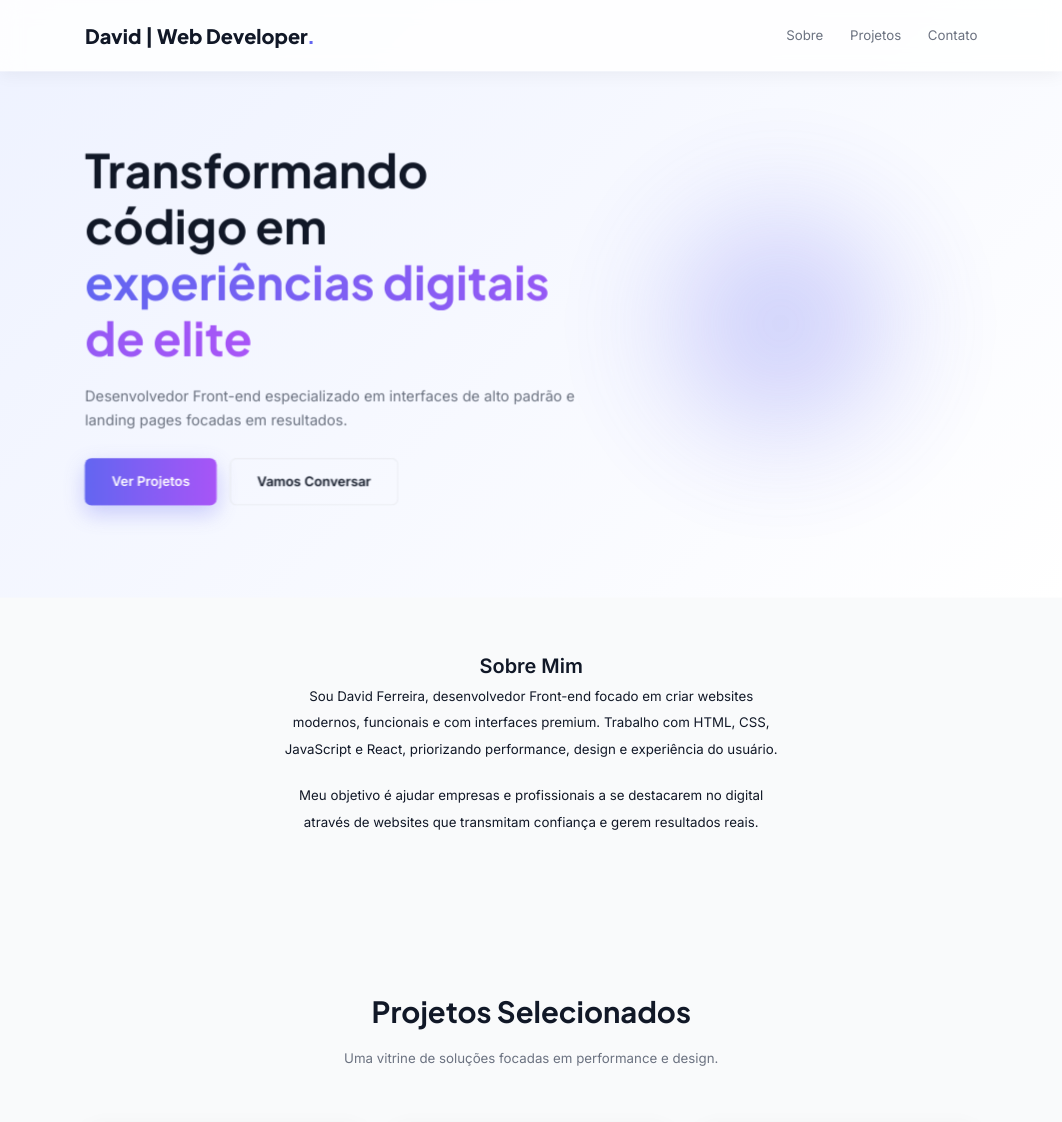
Repository: davidfsillva/David_Ferreira
Page: index.html
The author's editor kept a copy of each file at every save. The page is drawn from the files as they stood at one save, then again after the next save.
The browser window is 1280 px wide. The pictures show the part of the page from y = 0 to 1352 px (the page is 2678 px tall before and 3238 px after), at 83% of full size.
Pictures or frames that could not be fetched are drawn as grey boxes.

Above is the page before, as saved 2026-02-11 11:58:08.
Console error: TypeError: Cannot read properties of null (reading 'addEventListener')

### index.html
<!DOCTYPE html>
<html lang="pt-BR">
<head>
    <meta charset="UTF-8">
    <meta name="viewport" content="width=device-width, initial-scale=1.0">

    <title>David Ferreira | Desenvolvedor Front-end & UI Designer Premium</title>

    <!-- SEO Primário -->
    <meta name="description" content="David Ferreira é desenvolvedor front-end especializado em interfaces premium, landing pages de alta conversão e experiências digitais modernas.">
    <meta name="keywords" content="Desenvolvedor Front-end, Web Designer, UI Designer, Landing Page, Desenvolvimento Web, Freelancer Brasil">
    <meta name="author" content="David Ferreira">
    <meta name="robots" content="index, follow">
    <link rel="canonical" href="https://seudominio.com/">

    <!-- Open Graph (Facebook, LinkedIn) -->
    <meta property="og:title" content="David Ferreira | Desenvolvedor Front-end Premium">
    <meta property="og:description" content="Interfaces digitais de alto padrão, focadas em performance e conversão.">
    <meta property="og:image" content="https://seudominio.com/preview.jpg">
    <meta property="og:url" content="https://seudominio.com/">
    <meta property="og:type" content="website">

    <!-- Twitter Card -->
    <meta name="twitter:card" content="summary_large_image">
    <meta name="twitter:title" content="David Ferreira | Web Developer">
    <meta name="twitter:description" content="Desenvolvimento web premium focado em performance e design moderno.">
    <meta name="twitter:image" content="https://seudominio.com/preview.jpg">

    <!-- Favicon -->
    <link rel="icon" href="favicon.ico" type="image/x-icon">

    <!-- Fonts -->
    <link href="https://fonts.googleapis.com/css2?family=Inter:wght@300;400;600&family=Plus+Jakarta+Sans:wght@700;800&display=swap" rel="stylesheet">

    <link rel="stylesheet" href="style.css">
</head>


<body>

    <!-- NAVBAR -->
    <nav class="navbar">
        <div class="logo">David | Web Developer<span>.</span></div>
        <ul class="nav-links">
            <li><a href="#about">Sobre</a></li>
            <li><a href="#portfolio">Projetos</a></li>
            <li><a href="#contact" class="btn-sm">Contato</a></li>
        </ul>
    </nav>

    <!-- HERO -->
    <section class="hero">
        <div class="hero-content">
            <h1>Transformando código em <span>experiências digitais de elite</span></h1>
            <p>Desenvolvedor Front-end especializado em interfaces de alto padrão e landing pages focadas em resultados.</p>
            <div class="hero-btns">
                <a href="#portfolio" class="btn-primary">Ver Projetos</a>
                <a href="#contact" class="btn-secondary">Vamos Conversar</a>
            </div>
        </div>
        <div class="hero-visual">
            <div class="hero-glow"></div>
        </div>
    </section>

    <!-- SOBRE -->
    <section id="about" class="section">
        <h2>Sobre Mim</h2>
        <p>Sou David Ferreira, desenvolvedor Front-end focado em criar websites modernos, funcionais e com interfaces premium. Trabalho com HTML, CSS, JavaScript e React, priorizando performance, design e experiência do usuário.</p>
        <p>Meu objetivo é ajudar empresas e profissionais a se destacarem no digital através de websites que transmitam confiança e gerem resultados reais.</p>
    </section>

    <!-- PORTFÓLIO -->
    <section id="portfolio" class="portfolio">
        <div class="section-header">
            <h2>Projetos Selecionados</h2>
            <p>Uma vitrine de soluções focadas em performance e design.</p>
        </div>
        <div class="portfolio-grid">
            <!-- Projeto 1 -->
            <a href="https://davidfsillva.github.io/Alex-Carter/" target="_blank" class="project-link">
                <div class="project-card">
                    <div class="card-image">
                        <img src="img/alex.png" alt="Projeto Alex Carter">
                        <div class="card-overlay"><span>Ver Detalhes</span></div>
                    </div>
                    <div class="card-info">
                        <h3>Alex Carter | Landing Page</h3>
                        <p>Website de personal branding para atleta profissional.</p>
                    </div>
                </div>
            </a>

            <!-- Projeto 2 -->
            <a href="https://davidfsillva.github.io/e-hammershark/" target="_blank" class="project-link">
                <div class="project-card">
                    <div class="card-image">
                        <img src="img/ecomerce.png" alt="Projeto Hammershark">
                        <div class="card-overlay"><span>Ver Detalhes</span></div>
                    </div>
                    <div class="card-info">
                        <h3>Hammershark | E-commerce</h3>
                        <p>E-commerce de moda fitness, focado em branding e experiência de compra.</p>
                    </div>
                </div>
            </a>

            <!-- Projeto 3 -->
            <a href="https://davidfsillva.github.io/landing-page/" target="_blank" class="project-link">
                <div class="project-card">
                    <div class="card-image">
                        <img src="img/landingpage.png" alt="Projeto Landing Page">
                        <div class="card-overlay"><span>Ver Detalhes</span></div>
                    </div>
                    <div class="card-info">
                        <h3>Lucas Andrade | Landing Page</h3>
                        <p>Landing page estratégica para geração de leads e conversão.</p>
                    </div>
                </div>
            </a>

            <!-- Projeto 4 -->
            <a href="https://davidfsillva.github.io/beatriz-almeida-adv/" target="_blank" class="project-link">
                <div class="project-card">
                    <div class="card-image">
                        <img src="img/adv.png" alt="Projeto Beatriz Almeida Advogados">
                        <div class="card-overlay"><span>Ver Detalhes</span></div>
                    </div>
                    <div class="card-info">
                        <h3>Beatriz Almeida Advogados | Website Institucional</h3>
                        <p>Website institucional transmitindo autoridade e confiança.</p>
                    </div>
                </div>
            </a>
        </div>
    </section>

    <!-- CTA / CONTATO -->
    <section id="contact" class="cta-section">
        <h2>Pronto para elevar seu nível digital?</h2>
        <p>Vamos transformar sua ideia em uma interface de classe mundial.</p>
        <a href="https://wa.me/5599999999999" target="_blank" class="btn-whatsapp">Iniciar Conversa no WhatsApp</a>
    </section>

    <!-- FOOTER -->
    <footer>
        <div class="footer-content">
            <p>&copy; 2026 David Ferreira. Todos os direitos reservados.</p>
            <div class="social-links">
                <a href="#" target="_blank">Instagram</a>
                <a href="#" target="_blank">LinkedIn</a>
                <a href="#" target="_blank">GitHub</a>
            </div>
        </div>
    </footer>

    <script src="scripts.js"></script>
</body>
</html>
</html>

### style.css
:root {
  --primary: #6366f1;
  --primary-light: #818cf8;
  --accent: #a855f7;
  --text-dark: #111827;
  --text-light: #6b7280;
  --bg-light: #f9fafb;
  --white: #ffffff;
  --transition: all 0.3s ease;
}

/* RESET */
* {
  margin: 0;
  padding: 0;
  box-sizing: border-box;
}

html {
  scroll-behavior: smooth;
}

body {
  font-family: 'Inter', sans-serif;
  background: var(--bg-light);
  color: var(--text-dark);
  line-height: 1.6;
  animation: fadePage 0.8s ease-in-out;
}

@keyframes fadePage {
  from { opacity: 0; transform: translateY(10px); }
  to { opacity: 1; transform: translateY(0); }
}

/* NAVBAR */
.navbar {
  position: fixed;
  width: 100%;
  top: 0;
  padding: 1.5rem 8%;
  display: flex;
  justify-content: space-between;
  align-items: center;
  background: rgba(255,255,255,0.85);
  backdrop-filter: blur(12px);
  box-shadow: 0 4px 20px rgba(0,0,0,0.05);
  z-index: 1000;
  transition: var(--transition);
}

.logo {
  font-family: 'Plus Jakarta Sans', sans-serif;
  font-weight: 800;
  font-size: 1.5rem;
}

.logo span {
  color: var(--primary);
}

.nav-links {
  display: flex;
  list-style: none;
  gap: 2rem;
}

.nav-links a {
  text-decoration: none;
  color: var(--text-light);
  font-weight: 500;
  transition: var(--transition);
}

.nav-links a:hover {
  color: var(--primary);
  transform: translateY(-2px);
}

/* HERO */
.hero {
  min-height: 100vh;
  padding: 120px 8% 60px;
  display: flex;
  align-items: center;
  justify-content: space-between;
  background: linear-gradient(135deg, #eef2ff, #ffffff);
  flex-wrap: wrap;
}

.hero-content {
  max-width: 600px;
  animation: heroFade 1s ease 0.2s both;
}

@keyframes heroFade {
  from { opacity: 0; transform: translateY(40px); }
  to { opacity: 1; transform: translateY(0); }
}

.badge {
  display: inline-block;
  padding: 0.5rem 1rem;
  background: rgba(99,102,241,0.1);
  color: var(--primary);
  border-radius: 20px;
  font-size: 0.8rem;
  font-weight: 600;
  margin-bottom: 1.5rem;
}

.hero h1 {
  font-family: 'Plus Jakarta Sans', sans-serif;
  font-size: clamp(2rem, 5vw, 3.5rem);
  line-height: 1.2;
  margin-bottom: 1.5rem;
}

.hero h1 span {
  background: linear-gradient(90deg, var(--primary), var(--accent));
  -webkit-background-clip: text;
  -webkit-text-fill-color: transparent;
}

.hero p {
  font-size: 1.1rem;
  color: var(--text-light);
  margin-bottom: 2rem;
}

/* BUTTONS */
.btn-primary,
.btn-secondary,
.btn-whatsapp {
  display: inline-block;
  padding: 0.9rem 2rem;
  border-radius: 8px;
  text-decoration: none;
  font-weight: 600;
  transition: all 0.3s ease;
  position: relative;
  overflow: hidden;
}

.btn-primary {
  background: linear-gradient(90deg, var(--primary), var(--accent));
  color: white;
  box-shadow: 0 10px 25px rgba(99,102,241,0.3);
}

.btn-primary:hover {
  transform: translateY(-4px) scale(1.03);
}

.btn-primary:active {
  transform: scale(0.96);
}

.btn-primary::after {
  content: "";
  position: absolute;
  width: 200%;
  height: 200%;
  background: radial-gradient(circle, rgba(255,255,255,0.4), transparent 60%);
  top: -50%;
  left: -50%;
  opacity: 0;
  transition: opacity 0.4s ease;
}

.btn-primary:hover::after {
  opacity: 1;
}

.btn-secondary {
  border: 1px solid #e5e7eb;
  color: var(--text-dark);
  margin-left: 1rem;
}

.btn-secondary:hover {
  background: #f3f4f6;
  transform: translateY(-4px);
}

.btn-secondary:active {
  transform: scale(0.96);
}

.btn-whatsapp {
  background: #25d366;
  color: white;
}

.btn-whatsapp:hover {
  transform: translateY(-4px) scale(1.03);
}

.btn-whatsapp:active {
  transform: scale(0.96);
}

.hero-btns {
  display: flex;
  flex-wrap: wrap;
}

#about {
  text-align: center;       /* centraliza o texto */
  max-width: 800px;         /* opcional: limita a largura para não ficar muito espalhado */
  margin: 0 auto;           /* centraliza horizontalmente a seção */
  padding: 4rem 8%;         /* mantém espaçamento vertical e horizontal */
}

#about p {
  margin-bottom: 1.5rem;   /* espaçamento entre parágrafos */
  line-height: 2;        /* deixa a leitura mais confortável */
}


/* HERO VISUAL */
.hero-visual {
  flex: 1;
  min-height: 400px;
  display: flex;
  justify-content: center;
  align-items: center;
}

.hero-glow {
  width: 350px;
  height: 350px;
  background: radial-gradient(circle, rgba(99,102,241,0.4), transparent 70%);
  border-radius: 50%;
  filter: blur(60px);
  animation: pulseGlow 4s infinite ease-in-out;
}

@keyframes pulseGlow {
  0% { transform: scale(1); opacity: 0.7; }
  50% { transform: scale(1.1); opacity: 1; }
  100% { transform: scale(1); opacity: 0.7; }
}

/* PORTFOLIO */
.portfolio {
  padding: 6rem 8%;
}

.section-header {
  text-align: center;
  margin-bottom: 4rem;
}

.section-header h2 {
  font-family: 'Plus Jakarta Sans', sans-serif;
  font-size: 2.2rem;
  margin-bottom: 1rem;
}

.section-header p {
  color: var(--text-light);
}

.portfolio-grid {
  display: grid;
  grid-template-columns: repeat(auto-fit, minmax(280px, 1fr));
  gap: 2rem;
}

.project-card {
  background: var(--white);
  border-radius: 16px;
  overflow: hidden;
  box-shadow: 0 10px 30px rgba(0,0,0,0.06);
  cursor: pointer;
  transition: transform 0.4s ease, box-shadow 0.4s ease;
  will-change: transform;
}

.project-card:hover {
  transform: translateY(-12px) scale(1.03);
  box-shadow: 0 25px 50px rgba(99,102,241,0.2);
}

.card-image {
  position: relative;
  overflow: hidden;
}

.card-image img {
  width: 100%;
  height: 220px;
  object-fit: cover;
  display: block;
  transition: transform 0.6s ease;
}

.project-card:hover .card-image img {
  transform: scale(1.08);
}

.card-overlay {
  position: absolute;
  inset: 0;
  background: rgba(99,102,241,0.8);
  display: flex;
  justify-content: center;
  align-items: center;
  color: white;
  font-weight: 600;
  opacity: 0;
  transition: opacity 0.4s ease;
}

.project-card:hover .card-overlay {
  opacity: 1;
}

.card-info {
  padding: 1.5rem;
}

.card-info h3 {
  margin-bottom: 0.5rem;
}

.card-info p {
  color: var(--text-light);
}

.project-link {
  text-decoration: none;
  color: inherit;
  display: block;
}


/* CTA */
.cta-section {
  padding: 5rem 8%;
  text-align: center;
  background: linear-gradient(135deg, #eef2ff, #ffffff);
}

/* FOOTER */
footer {
  padding: 2rem 8%;
  background: var(--white);
  border-top: 1px solid #e5e7eb;
}

.footer-content {
  display: flex;
  justify-content: space-between;
  flex-wrap: wrap;
  gap: 1rem;
}

.social-links a {
  text-decoration: none;
  margin-left: 1rem;
  color: var(--text-light);
  transition: var(--transition);
}

.social-links a:hover {
  color: var(--primary);
  transform: translateY(-2px);
}

.cta-section p {
  color: var(--text-light);
  margin-bottom: 2.5rem; /* aumenta espaço abaixo do texto */
}

.btn-whatsapp {
  display: inline-block;
  background: #25d366;
  color: white;
  padding: 1rem 2rem;
  border-radius: 8px;
  text-decoration: none;
  font-weight: 600;
  transition: var(--transition);
  margin-top: 0.5rem; /* pequeno respiro extra */
}


/* MODAL */
.modal-overlay {
  position: fixed;
  inset: 0;
  background: rgba(0,0,0,0.6);
  display: none;
  justify-content: center;
  align-items: center;
  padding: 2rem;
  z-index: 2000;
}

.modal-content {
  background: white;
  width: 100%;
  max-width: 900px;
  border-radius: 20px;
  overflow: hidden;
  animation: modalZoom 0.4s cubic-bezier(.23,1,.32,1);
  position: relative;
}

@keyframes modalZoom {
  from { opacity: 0; transform: scale(0.85) translateY(20px); }
  to { opacity: 1; transform: scale(1) translateY(0); }
}

.modal-body {
  display: grid;
  grid-template-columns: 1fr 1fr;
}

.modal-img {
  min-height: 300px;
  background-size: cover !important;
}

.modal-text {
  padding: 2rem;
}

.close-modal {
  position: absolute;
  top: 20px;
  right: 25px;
  background: none;
  border: none;
  font-size: 2rem;
  cursor: pointer;
  transition: transform 0.3s ease;
}

.close-modal:hover {
  transform: rotate(90deg);
}

/* RESPONSIVO */
@media (max-width: 900px) {
  .hero {
    flex-direction: column;
    text-align: center;
  }

  .hero-visual {
    margin-top: 3rem;
  }

  .modal-body {
    grid-template-columns: 1fr;
  }
}

@media (max-width: 600px) {
  .navbar {
    padding: 1rem 5%;
  }

  .nav-links {
    display: none;
  }

  .hero {
    padding: 100px 5% 60px;
  }

  .portfolio {
    padding: 4rem 5%;
  }

  .cta-section {
    padding: 4rem 5%;
  }

  footer {
    padding: 2rem 5%;
  }

  .footer-content {
    flex-direction: column;
    text-align: center;
  }

  .social-links a {
    margin: 0 0.5rem;
  }
}

### scripts.js
// =============================
// NAVBAR SCROLL EFFECT
// =============================
const navbar = document.querySelector(".navbar");

window.addEventListener("scroll", () => {
  if (window.scrollY > 50) {
    navbar.style.padding = "1rem 8%";
    navbar.style.boxShadow = "0 8px 25px rgba(0,0,0,0.08)";
  } else {
    navbar.style.padding = "1.5rem 8%";
    navbar.style.boxShadow = "0 4px 20px rgba(0,0,0,0.05)";
  }
});

// =============================
// MODAL FUNCTIONALITY
// =============================
const modal = document.querySelector(".modal-overlay");
const modalImg = document.querySelector(".modal-img");
const modalTitle = document.querySelector(".modal-text h3");
const modalDesc = document.querySelector(".modal-text p");
const closeModal = document.querySelector(".close-modal");

const projectCards = document.querySelectorAll(".project-card");

projectCards.forEach(card => {
  card.addEventListener("click", () => {
    const title = card.querySelector("h3").innerText;
    const desc = card.querySelector("p").innerText;
    const img = card.querySelector("img").src;

    modalTitle.innerText = title;
    modalDesc.innerText = desc;
    modalImg.style.backgroundImage = `url(${img})`;

    modal.style.display = "flex";
    document.body.style.overflow = "hidden";
  });
});

// Fechar modal
closeModal.addEventListener("click", () => {
  modal.style.display = "none";
  document.body.style.overflow = "auto";
});

// Fechar clicando fora
modal.addEventListener("click", (e) => {
  if (e.target === modal) {
    modal.style.display = "none";
    document.body.style.overflow = "auto";
  }
});

// Fechar com ESC
document.addEventListener("keydown", (e) => {
  if (e.key === "Escape") {
    modal.style.display = "none";
    document.body.style.overflow = "auto";
  }
});

// =============================
// SCROLL REVEAL ANIMATION
// =============================
const revealElements = document.querySelectorAll(
  ".hero-content, .project-card, .section-header, .cta-section"
);

const observer = new IntersectionObserver(
  (entries) => {
    entries.forEach(entry => {
      if (entry.isIntersecting) {
        entry.target.style.opacity = "1";
        entry.target.style.transform = "translateY(0)";
      }
    });
  },
  { threshold: 0.2 }
);

revealElements.forEach(el => {
  el.style.opacity = "0";
  el.style.transform = "translateY(40px)";
  el.style.transition = "all 0.8s ease";
  observer.observe(el);
});

// =============================
// BUTTON MICRO INTERACTION
// =============================
const buttons = document.querySelectorAll(".btn-primary, .btn-secondary, .btn-whatsapp");

buttons.forEach(btn => {
  btn.addEventListener("mouseenter", () => {
    btn.style.transform = "scale(1.05)";
  });

  btn.addEventListener("mouseleave", () => {
    btn.style.transform = "scale(1)";
  });
});

After the next save:
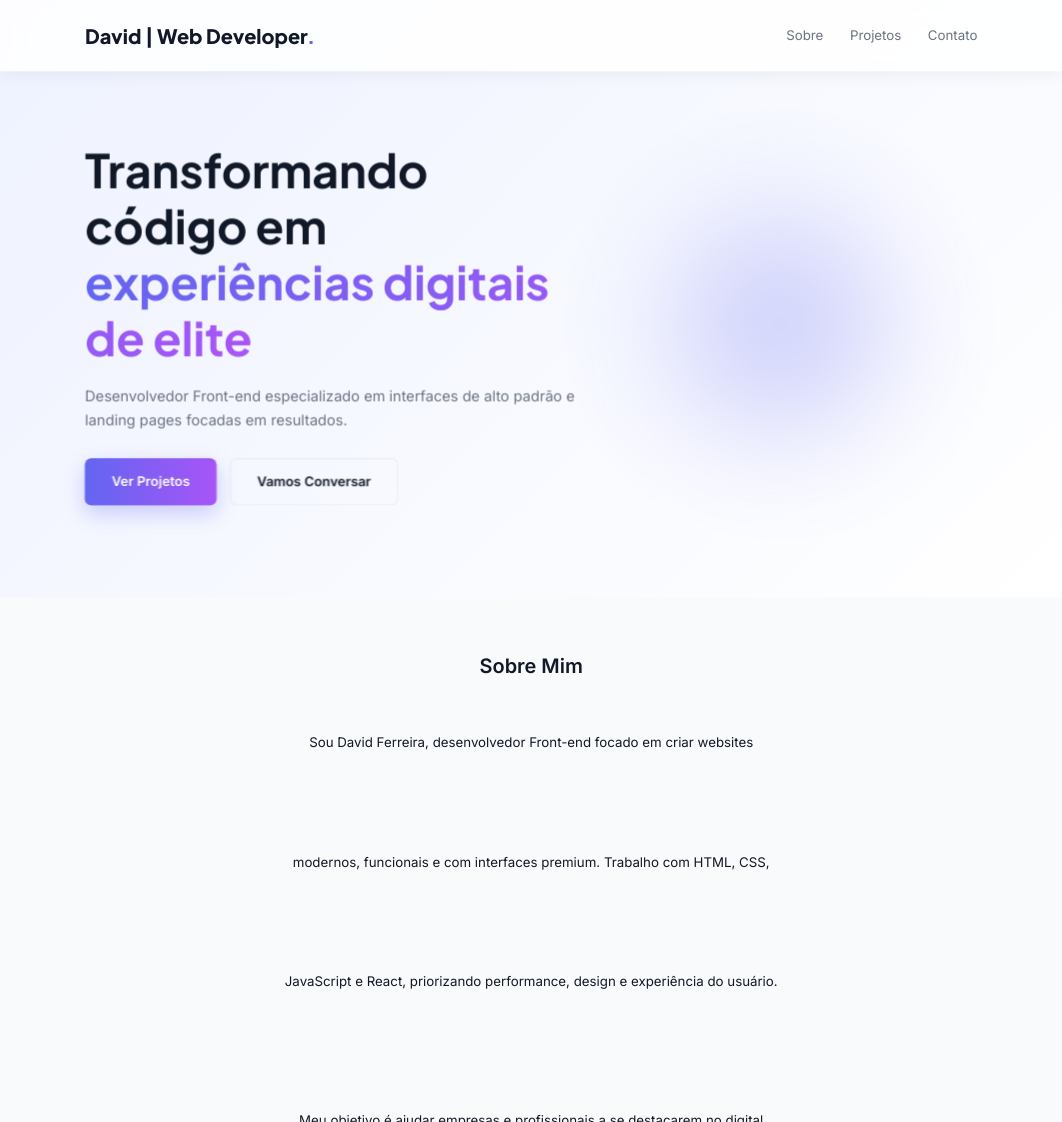
Saved 5 s later.
--- a/style.css
+++ b/style.css
@@ -214,7 +214,7 @@ body {
 
 #about p {
   margin-bottom: 1.5rem;   /* espaçamento entre parágrafos */
-  line-height: 2;        /* deixa a leitura mais confortável */
+  line-height: 9;        /* deixa a leitura mais confortável */
 }
 
 
